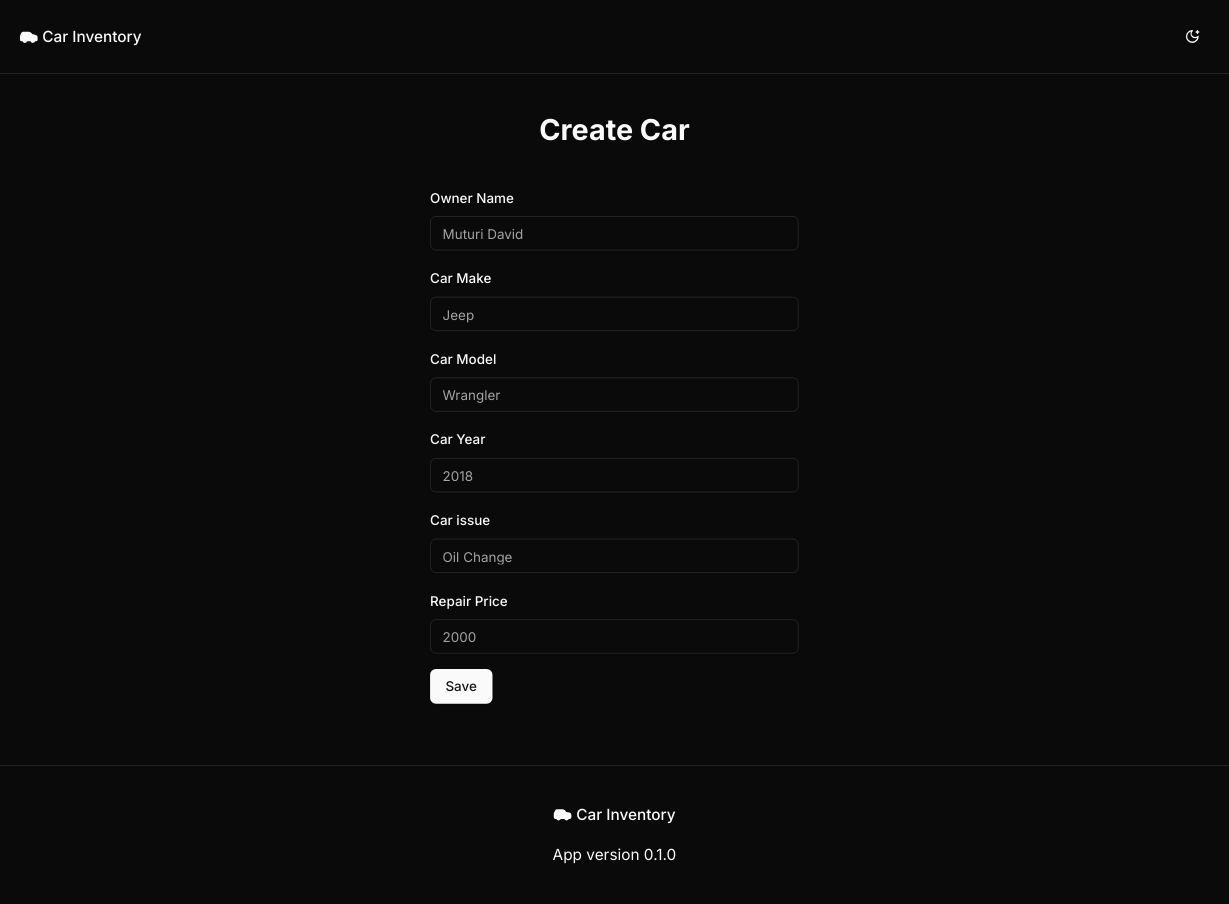
Repository: tushcmd/car-inventory
Page: /create (app in frontend/)
An editor plug-in stored every save of this project. The page is shown before and after the next save, followed by the edit.
The browser window is 1280 px wide. The pictures show the whole page, at 96% of full size.
The project was rebuilt for these pictures with package versions that can differ from the ones it lists, and the page was loaded fresh each time. The framework's server and built-in components were replaced by stand-ins that run in the browser. Also part of the build but not shown: frontend/next.config.mjs.

Above is the page before, as saved 2024-05-20 17:42:33.

After the next save:
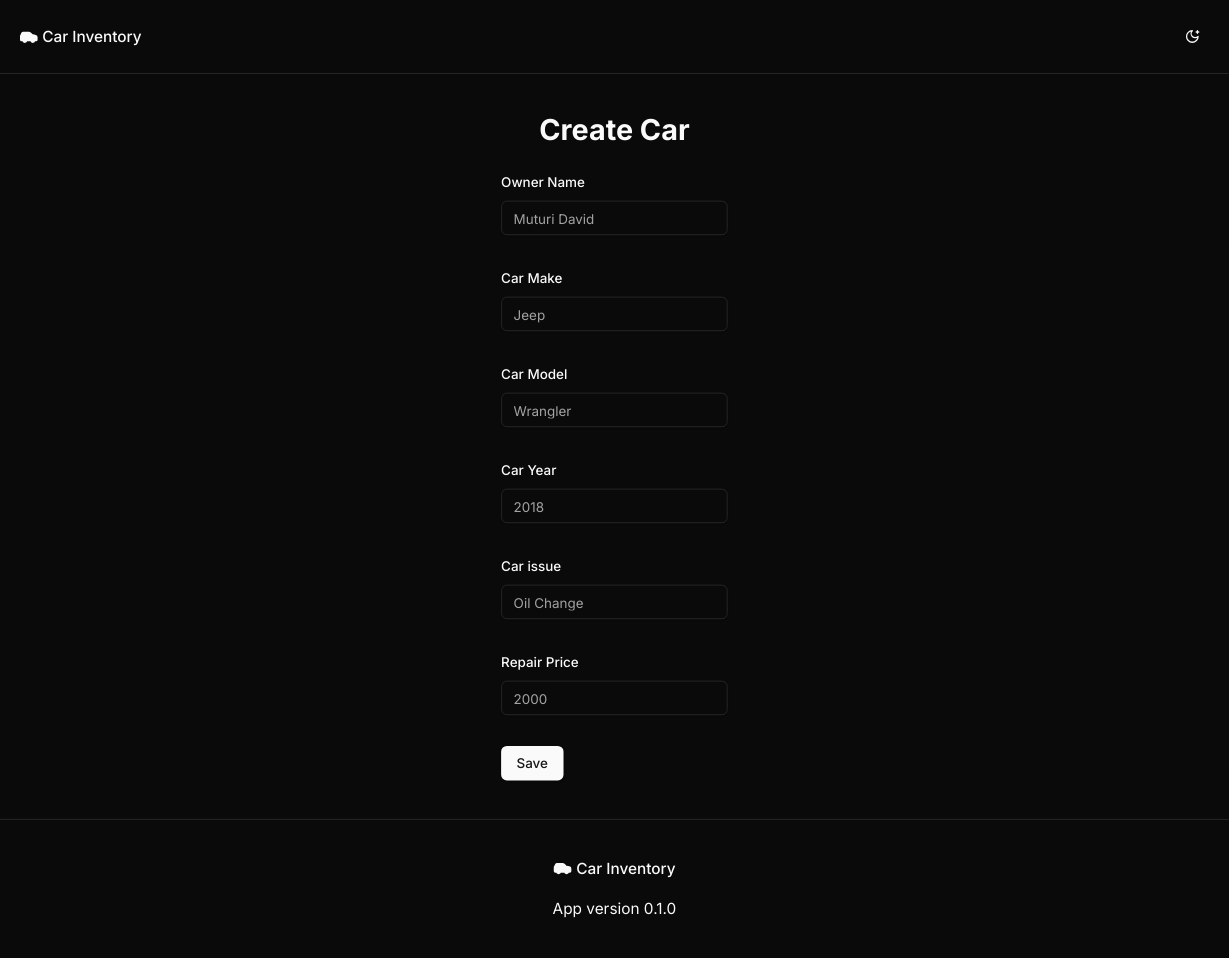
Saved 3 min 7 s later.
--- a/frontend/components/create-car.tsx
+++ b/frontend/components/create-car.tsx
@@ -76,7 +76,7 @@
 
       <h1 className="text-3xl font-bold">Create Car</h1>
       <Form {...form}>
-        <form onSubmit={form.handleSubmit(onSubmit)} className="w-full space-y-4 py-4 sm:w-[24rem]">
+        <form onSubmit={form.handleSubmit(onSubmit)} className="space-y-8">
           <FormField
             control={form.control}
             name="ownerName"

After the save that followed:
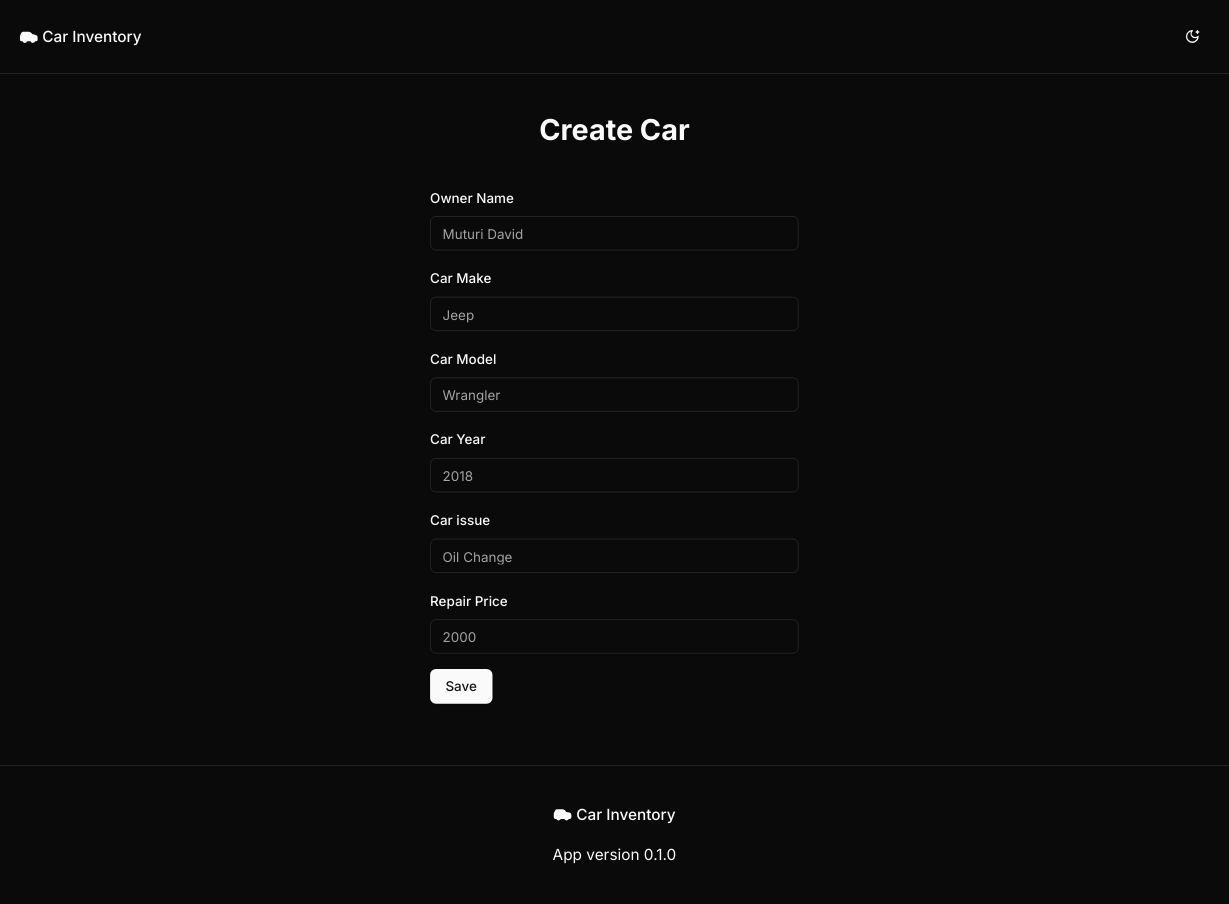
Saved 97 s later.
--- a/frontend/components/create-car.tsx
+++ b/frontend/components/create-car.tsx
@@ -76,7 +76,7 @@
 
       <h1 className="text-3xl font-bold">Create Car</h1>
       <Form {...form}>
-        <form onSubmit={form.handleSubmit(onSubmit)} className="space-y-8">
+        <form onSubmit={form.handleSubmit(onSubmit)} className="w-full space-y-4 py-4 sm:w-[24rem]">
           <FormField
             control={form.control}
             name="ownerName"
